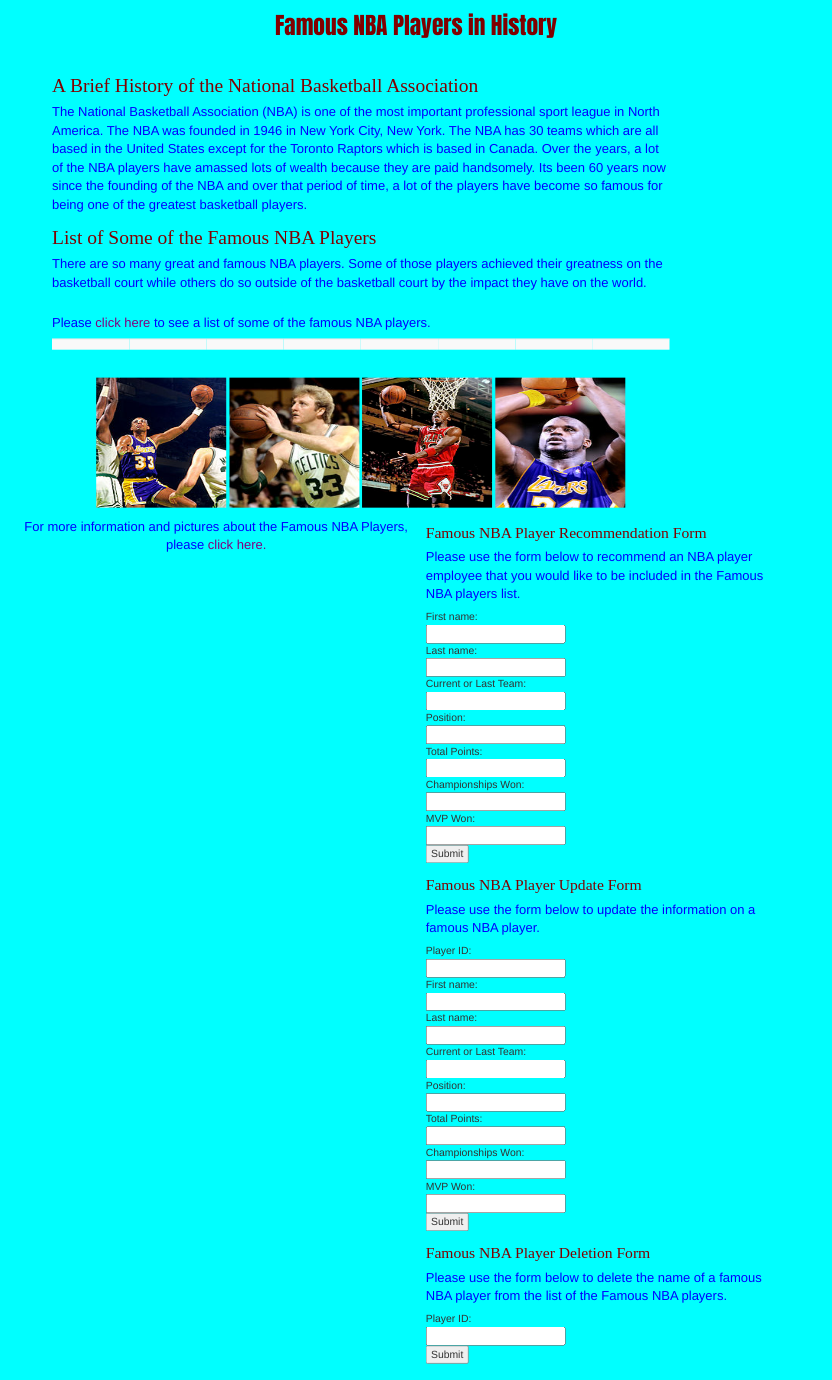
Repository: myjavaweb2/Week5JDBCAssignments
Page: myweek5project/src/main/webapp/indexplayer.html
These files come from the project's save history. The page is drawn as it stood at one moment and after the next save; the edit follows.
The browser window is 1280 px wide. The pictures show the whole page, at 65% of full size.

Above is the page before, as saved 2016-09-03 05:20:13.

### myweek5project/src/main/webapp/indexplayer.html
<!DOCTYPE html>
<html>
<head>
<meta charset="ISO-8859-1">
<title>Famous NBA Players</title>

<!-- Latest compiled and minified CSS -->
<link rel="stylesheet"
	href="https://maxcdn.bootstrapcdn.com/bootstrap/3.3.7/css/bootstrap.min.css"
	integrity="sha384-BVYiiSIFeK1dGmJRAkycuHAHRg32OmUcww7on3RYdg4Va+PmSTsz/K68vbdEjh4u"
	crossorigin="anonymous">

<link rel="stylesheet" type="text/css" href="player.css">

</head>
<body>

	<header>

		<h1>Famous NBA Players in History</h1>

	</header>

	<main>

	<h2>A Brief History of the National Basketball Association</h2>

	<p>The National Basketball Association (NBA) is one of the most
		important professional sport league in North America. The NBA
		was founded in 1946 in New York City, New York. The NBA has 30
		teams which are all based in the United States except for the
		Toronto Raptors which is based in Canada. Over the years, a lot
		of the NBA players have amassed lots of wealth because they are
		paid handsomely. Its been 60 years now since the founding of the
		NBA and over that period of time, a lot of the players have become
		so famous for being one of the greatest basketball players.</p>

	<h2>List of Some of the Famous NBA Players</h2>

	<p>There are so many great and famous NBA players. Some of those
		players achieved their greatness on the basketball court while others
		do so outside of the basketball court by the impact they have on the
		world.</p>
	<br>

	<p>Please <a href="readDB.jsp">click here</a> to see a list of some of the famous NBA
		players.</p>

	<table class="table table-striped";">

		<tr>
			<td></td>
			<td></td>
			<td></td>
			<td></td>
			<td></td>
			<td></td>
			<td></td>
			<td></td>
		</tr>

	</table>

	<div><br>
	<img alt="Kareem Abdul-Jabbar" src="images/Abdul_Jabbar.jpg" width="200px" height="200px">
	<img alt="Larry Bird" src="images/Larry_Bird.jpg" width="200px" height="200px">
	<img alt="Michael Jordan" src="images/Jordan.jpg" width="200px" height="200px">
	<img alt="Shaquille O'Neal" src="images/Shaquille_O'Neal.jpg" width="200px" height="200px">
	</div>
	</main>
	<aside>
		<h3>Famous NBA Player Recommendation Form</h3>



		<p>Please use the form below to recommend an NBA player employee
			that you would like to be included in the Famous NBA players list.</p>

		<form action="addToDB" method="post">
			First name:<br> <input type="text" name="first_name"><br>
			Last name:<br> <input type="text" name="last_name"><br>
			Current or Last Team:<br> <input type="text"
				name="current_last_team"><br> Position:<br> <input
				type="text" name="position"><br> Total Points:<br>
			<input type="text" name="total_points"><br>
			Championships Won:<br> <input type="text"
				name="championships_won"><br> MVP Won:<br> <input
				type="text" name="mvp_won"><br> <input type="submit"
				value="Submit">
		</form>

		<h3>Famous NBA Player Update Form</h3>

		<p>Please use the form below to update the information on a famous
			NBA player.</p>

		<form action="updatePlayer" method="post">
			Player ID:<br> <input type="text" name="player_id"><br>
			First name:<br> <input type="text" name="first_name"><br>
			Last name:<br> <input type="text" name="last_name"><br>
			Current or Last Team:<br> <input type="text"
				name="current_last_team"><br> Position:<br> <input
				type="text" name="position"><br> Total Points:<br>
			<input type="text" name="total_points"><br>
			Championships Won:<br> <input type="text"
				name="championships_won"><br> MVP Won:<br> <input
				type="text" name="mvp_won"><br> <input type="submit"
				value="Submit">
		</form>

		<h3>Famous NBA Player Deletion Form</h3>

		<p>Please use the form below to delete the name of a famous NBA
			player from the list of the Famous NBA players.</p>

		<form action="deletePlayer" method="post">
			Player ID:<br> <input type="text" name="player_id"><br>
			  <input type="submit" value="Submit">
		</form>

	</aside>

	<footer>

		<p>
			For more information and pictures about the Famous NBA Players,
			please <a href="https://en.wikipedia.org/wiki/National_Basketball_Association/"
				target="_blank">click here.</a>
		</p>

	</footer>

</body>
</html>

### myweek5project/src/main/webapp/player.css
html, body {
	margin: 0;
	padding: 0;
	border: 0;
	font-size: 100%;
	background-color: aqua;
}

header {
	height: 55px;
}

div {
	text-align: center;
}

main {
	width: 950px;
	background-color: aqua;
	float: left;
	padding-left: 0;
	padding-right: 0;
	position: relative;
	right: 20px;
  	left: 80px;
  	top: 20px;
  	bottom: 15px;
}

aside {
	width: 650px;
	background-color: aqua;
	float: right;
	padding: 25px;
	padding-right: 100px;
}

footer {
	clear: left;
	padding: 35px;
	border: 5px;
	text-align: center;
}

p {
	font-style: Times New Roman, Tahoma, sans serif;
	font-size: 20px;
	color: blue;
}

h1, h2, h3 {
	font-family: fantasy, serif;
	color:maroon;
}

h1 {
	font-family: "Helvetica-Bold",Impact, sans serif;
	text-align: center;

}

th {
	color: blue bold;
	font-size: 22px;
}

td {
	color:teal;
	font-size: 20px;
}

a {
	color: purple;
	text-decoration: none;
}

a:hover {

    text-decoration: line-through;
}

After the next save:
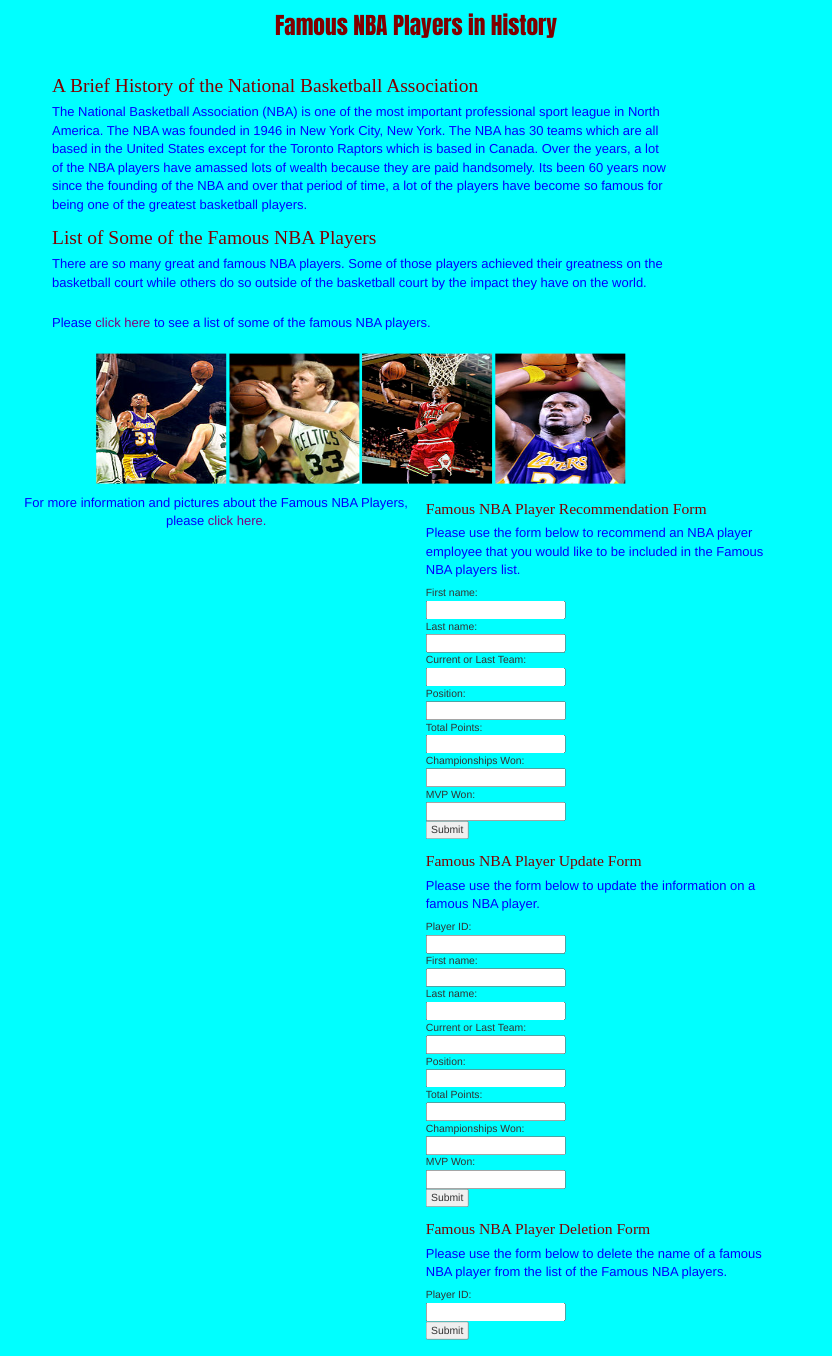
Saved 32 s later.
--- a/myweek5project/src/main/webapp/indexplayer.html
+++ b/myweek5project/src/main/webapp/indexplayer.html
@@ -46,20 +46,7 @@
 	<p>Please <a href="readDB.jsp">click here</a> to see a list of some of the famous NBA
 		players.</p>
 
-	<table class="table table-striped";">
 
-		<tr>
-			<td></td>
-			<td></td>
-			<td></td>
-			<td></td>
-			<td></td>
-			<td></td>
-			<td></td>
-			<td></td>
-		</tr>
-
-	</table>
 
 	<div><br>
 	<img alt="Kareem Abdul-Jabbar" src="images/Abdul_Jabbar.jpg" width="200px" height="200px">
